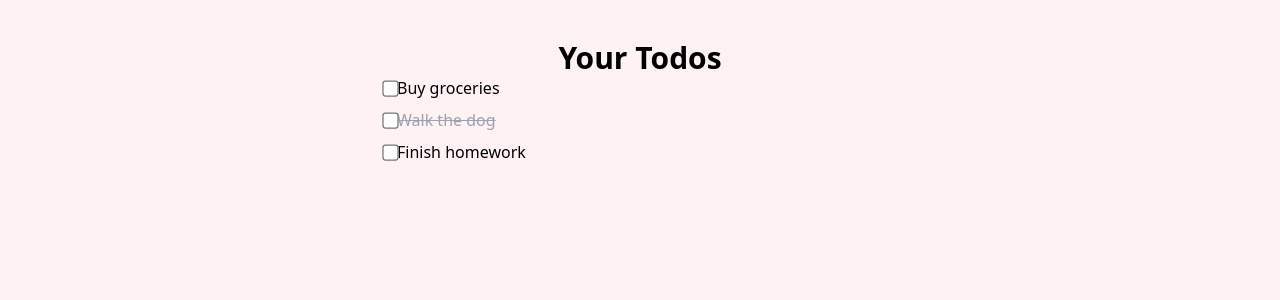
Repository: kocokoy/lodo-list-react-ts-tailwind
Page: /
An editor plug-in stored every save of this project. The page is shown before and after the next save, followed by the edit.
The browser window is 1280 px wide. The pictures show the whole page.
The project was rebuilt for these pictures with package versions that can differ from the ones it lists, and the page was loaded fresh each time. Also part of the build but not shown: vite.config.ts.

Above is the page before, as saved 2025-07-29 15:13:45.

### src/App.tsx
import  TodoItem  from "./components/TodoItem";
import { dummyData } from "./data/todos";

function App() {
  return (
   <main className="py-10 bg-red-50 h-screen">
     <h1 className="font-bold text-3xl text-center">
      Your Todos
     </h1>
       <div className="max-w-lg mx-auto">
        <div className="space-y-2">
          {dummyData.map(todo => (
            <TodoItem todo={todo}/>
          ))}
        </div>
       </div>
    </main>
  )
}

export default App

### src/components/TodoItem.tsx
import type { Todo } from "../types/todo";

interface TodoItemProps {
  todo: Todo;
}

export default function TodoItem({todo}: TodoItemProps){
  return(
    <div>
      <label className="flex items-center">
        <input
        type="checkbox"
        className="scale-125"
        />
        <span className={todo.completed ? "line-through text-gray-400" : ""}>
          {todo.title}
        </span>
      </label>
    </div>
  )
}

### src/data/todos.ts
import type { Todo } from '../types/todo'

export const dummyData: Todo[] = [
  {
    id: 1,
    title: "Buy groceries",
    completed: false
  },
  {
    id: 2,
    title: "Walk the dog",
    completed: true
  },
  {
    id: 3,
    title: "Finish homework",
    completed: false
  }
]

Loaded but not shown: index.html (common file); src/main.tsx (common file); src/index.css (common file); tailwind.config.js (common file)

After the next save:
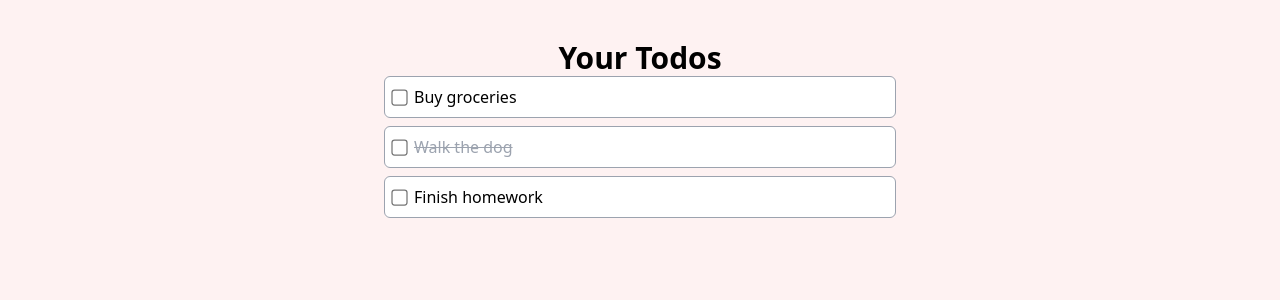
Saved 47 s later.
--- a/src/components/TodoItem.tsx
+++ b/src/components/TodoItem.tsx
@@ -7,7 +7,7 @@ interface TodoItemProps {
 export default function TodoItem({todo}: TodoItemProps){
   return(
     <div>
-      <label className="flex items-center">
+      <label className="flex items-center gap-2 border rounded-md p-2 border-gray-400 bg-white hover:bg-slate-50">
         <input
         type="checkbox"
         className="scale-125"
